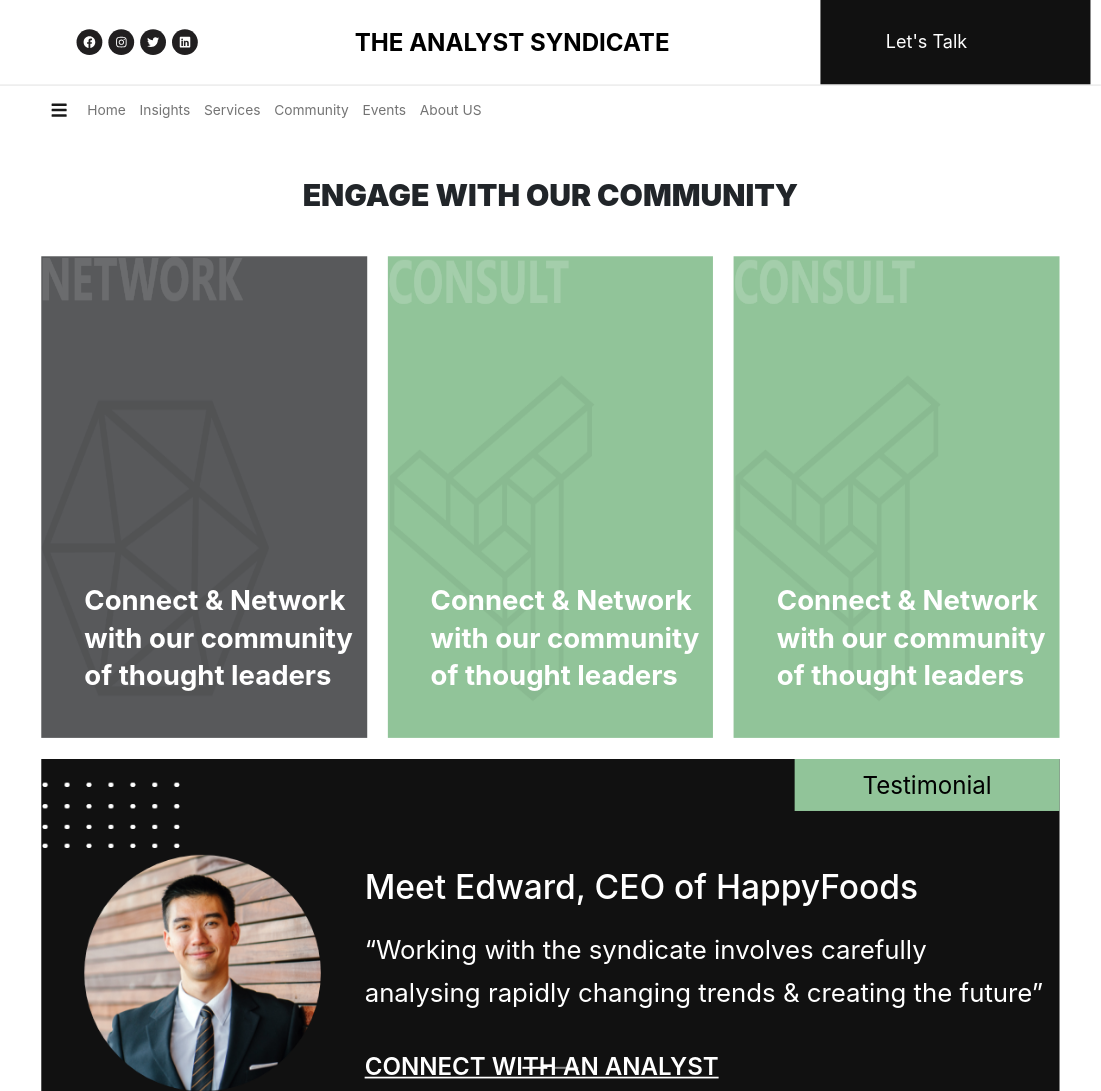
Repository: arif286/Business-webpage
Page: /
The author's editor kept a copy of each file at every save. The page is drawn from the files as they stood at one save, then again after the next save.
The browser window is 1280 px wide. The pictures show the whole page, at 86% of full size.
The project was rebuilt for these pictures with package versions that can differ from the ones it lists, and the page was loaded fresh each time. Also part of the build but not shown: src/components/MainHeader/MainHeader.css, src/components/NotFound/NotFound.js.

Above is the page before, as saved 2021-05-26 21:12:13.

After the next save:
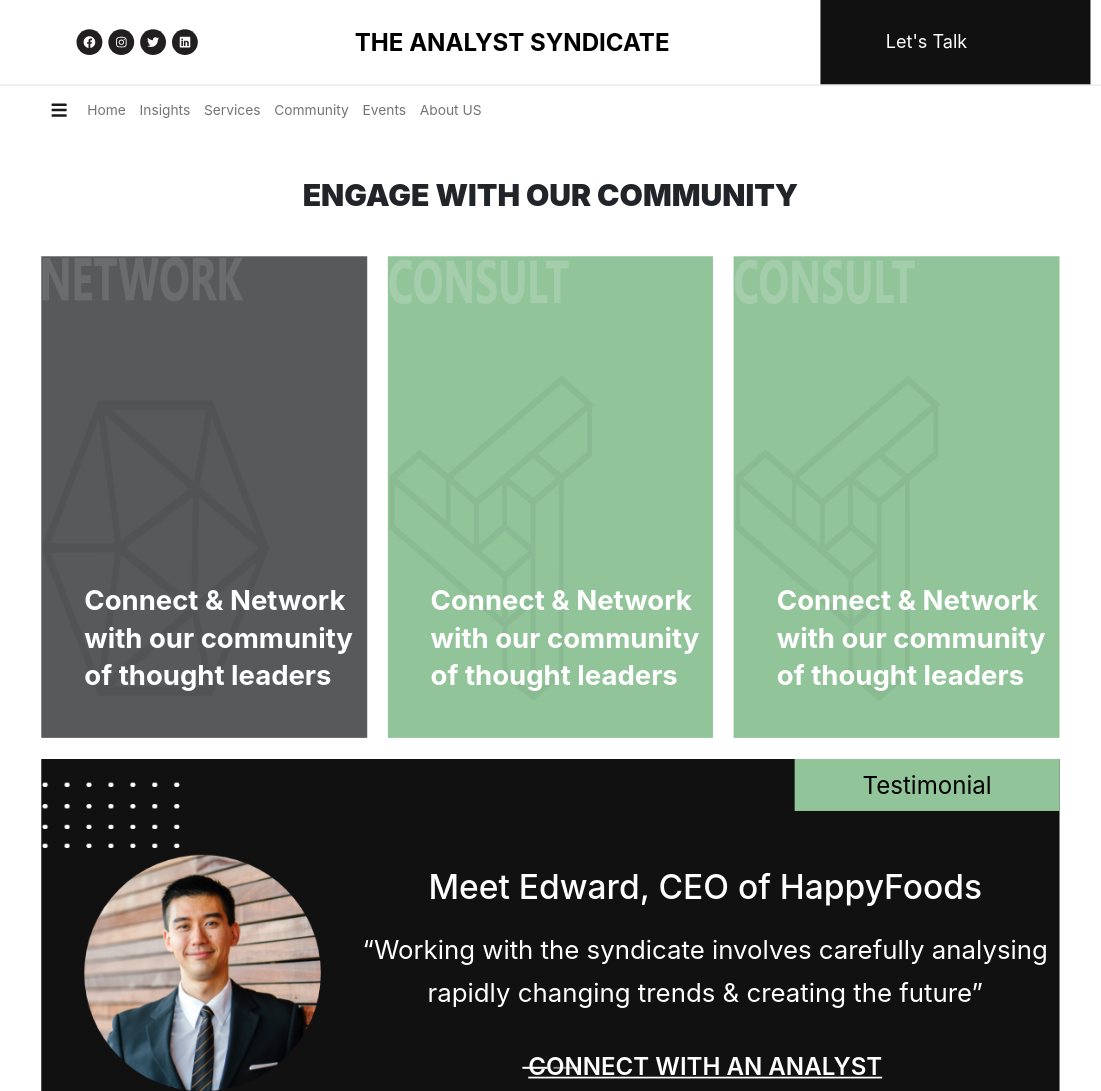
Saved 12 s later.
--- a/src/components/Testimonial/Testimonial.js
+++ b/src/components/Testimonial/Testimonial.js
@@ -40,7 +40,7 @@
                 <div className="meet-img text-center">
                   <img src={Image} alt="" />
                 </div>
-                <div className="meet-content px-3">
+                <div className="meet-content text-center">
                   <h4>Meet Edward, CEO of HappyFoods</h4>
                   <p>
                     “Working with the syndicate involves carefully analysing
